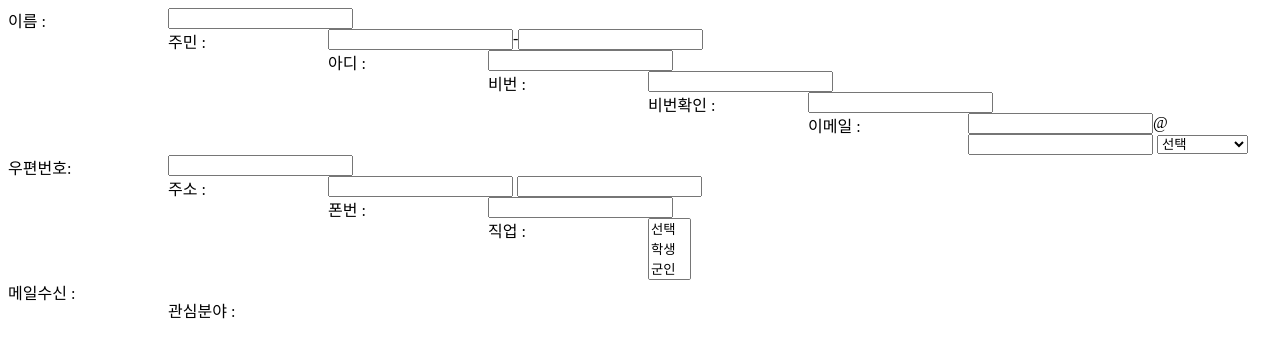
Repository: supremehappy/JSP_test02
Page: http://localhost/JSP_Test/JSP_Test_02.jsp
The author's editor kept a copy of each file at every save. The page is drawn from the files as they stood at one save, then again after the next save.
The browser window is 1280 px wide. The pictures show the whole page.
The page is served by Tomcat 9.

Above is the page before, as saved 2017-07-14 06:44:55.

After the next save:
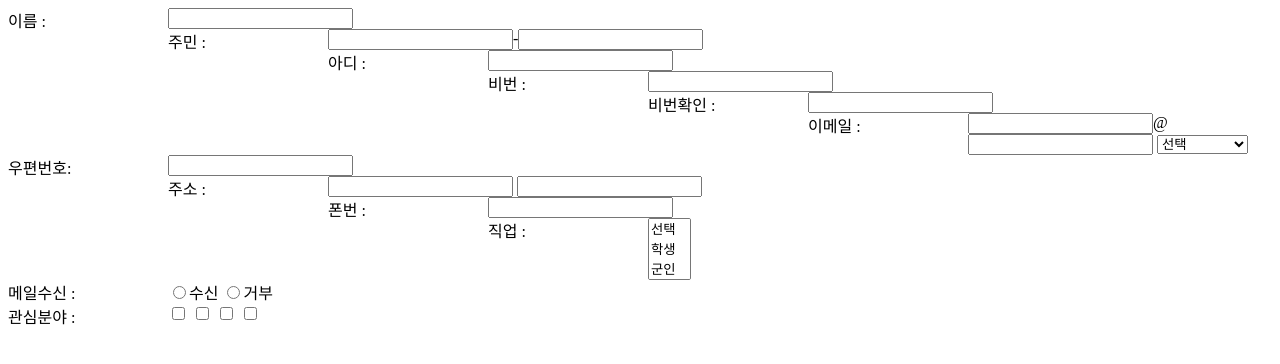
Saved 3 min 20 s later.
--- a/JSP_Test/WebContent/JSP_Test_02.jsp
+++ b/JSP_Test/WebContent/JSP_Test_02.jsp
@@ -54,8 +54,14 @@
 			<option value="자영업">자영업</option>
 		</select><br>
 		<label>메일수신 : </label>
+		<input type="radio" name="chk_mail" value="ok">수신
+		<input type="radio" name="chk_mail" value="no">거부
 		<br>
 		<label>관심분야 : </label>
+		<input type="checkbox" name="item" value="신발">
+		<input type="checkbox" name="item" value="원두">
+		<input type="checkbox" name="item" value="창업">
+		<input type="checkbox" name="item" value="헤어">
 		<br>
 </body>
 </html>
